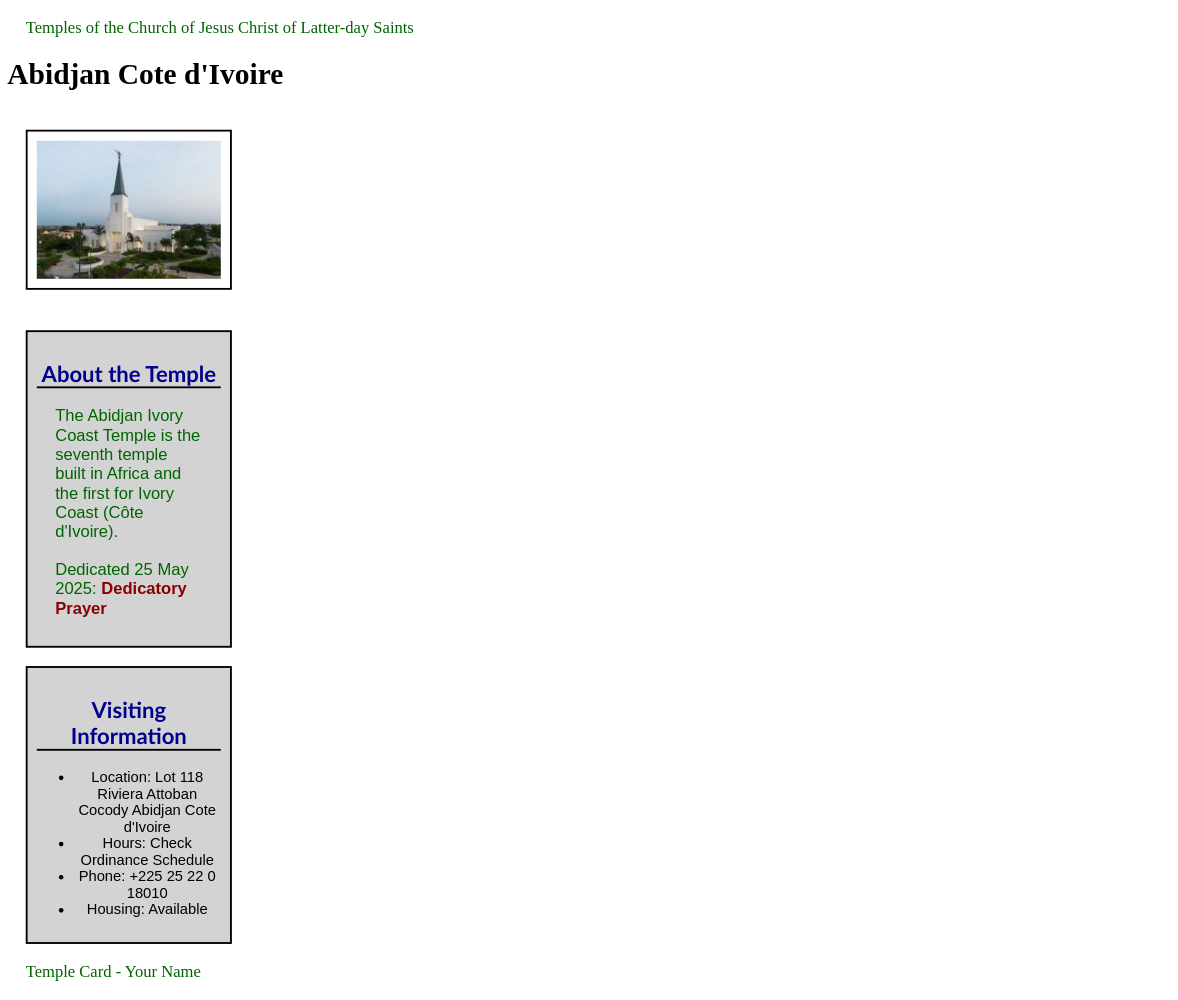
Repository: NoblesNigeria/wdd130
Page: week02/temple.html
An editor plug-in stored every save of this project. The page is shown before and after the next save, followed by the edit.
The browser window is 1280 px wide. The pictures show the whole page, at 92% of full size.

Above is the page before, as saved 2025-09-05 19:49:09.

After the next save:
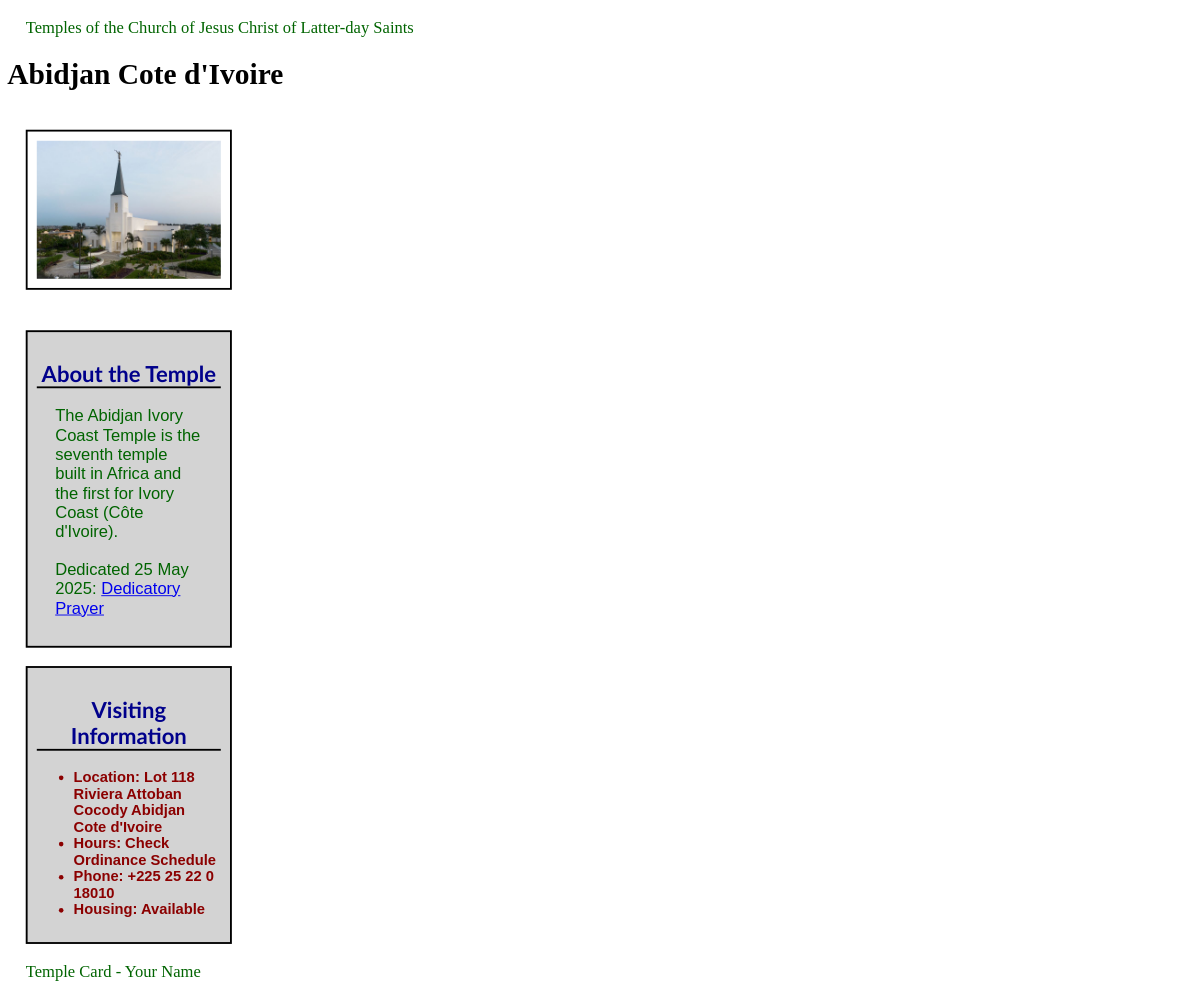
Saved 106 s later.
--- a/week02/styles/temple.css
+++ b/week02/styles/temple.css
@@ -28,7 +28,7 @@
     text-align: left;
     margin: 20px;
 }
-a{
+ul{
     text-decoration: none;
     color: darkred;
     font-weight: bold;
